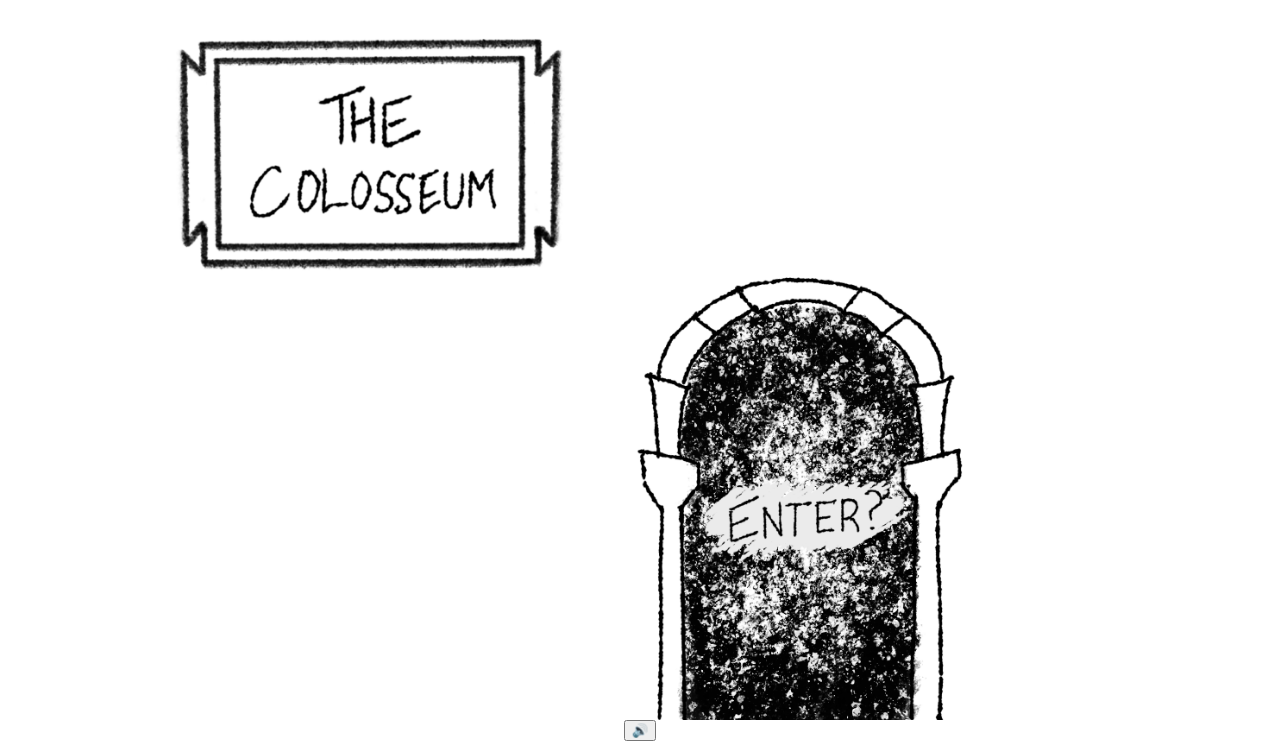
Repository: ejarnie0/theColosseum
Page: /
These files come from the project's save history. The page is drawn as it stood at one moment and after the next save; the edit follows.
The browser window is 1280 px wide. The pictures show the whole page.
The project was rebuilt for these pictures with package versions that can differ from the ones it lists, and the page was loaded fresh each time. Also part of the build but not shown: vite.config.ts. Imported but missing from the stored project, and not drawn on this page: src/assets/Creepy_Wind.mp3.

Above is the page before, as saved 2025-12-12 00:43:36.

After the next save:
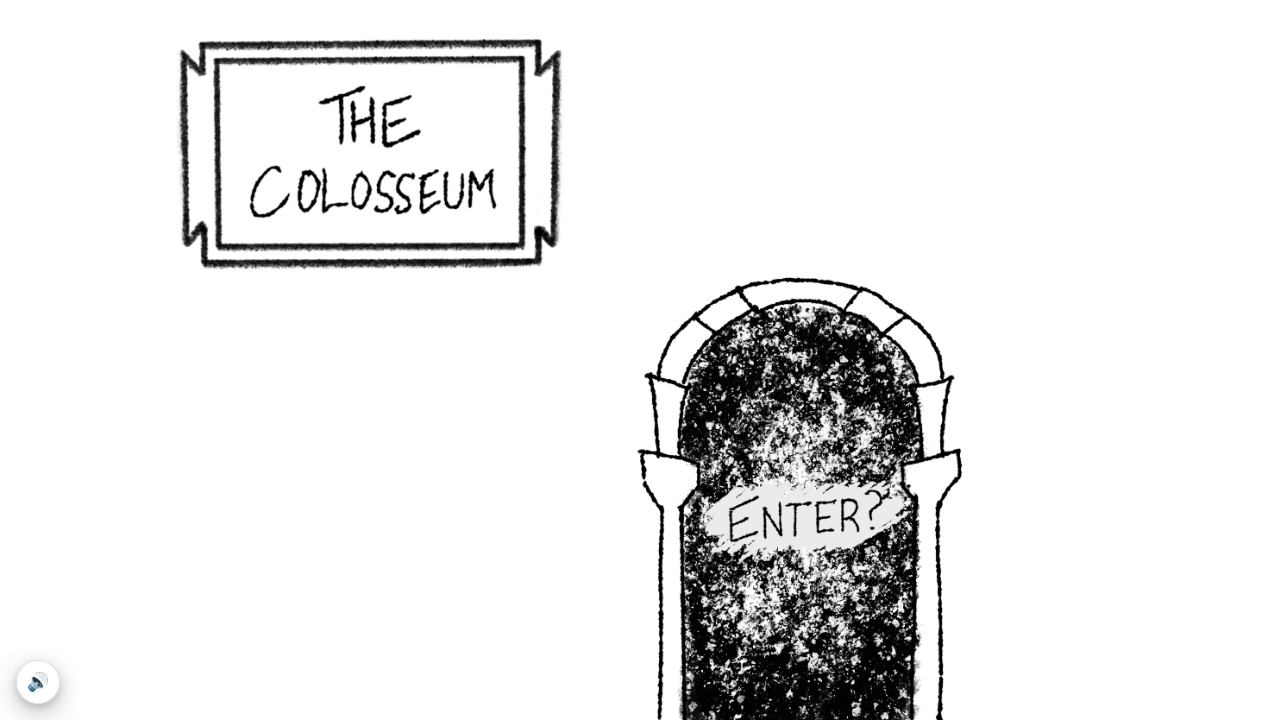
Saved 6 s later.
--- a/src/App.css
+++ b/src/App.css
@@ -45,3 +45,34 @@ body {
   background: transparent;
   cursor: pointer;
 }
+
+.volume-trigger {
+  position: fixed;
+  bottom: 16px;
+  left: 16px;
+  width: 44px;
+  height: 44px;
+  border-radius: 50%;
+  border: 1px solid rgba(0, 0, 0, 0.12);
+  background: rgba(255, 255, 255, 0.85);
+  color: #111;
+  font-size: 18px;
+  cursor: pointer;
+  display: grid;
+  place-items: center;
+  box-shadow:
+    0 8px 24px rgba(0, 0, 0, 0.25),
+    0 3px 8px rgba(0, 0, 0, 0.15);
+  transition: transform 140ms ease, box-shadow 140ms ease, background-color 140ms ease;
+}
+
+.volume-trigger:hover {
+  transform: translateY(-1px);
+  box-shadow:
+    0 10px 26px rgba(0, 0, 0, 0.28),
+    0 4px 10px rgba(0, 0, 0, 0.16);
+}
+
+.volume-trigger:active {
+  transform: translateY(0);
+}
